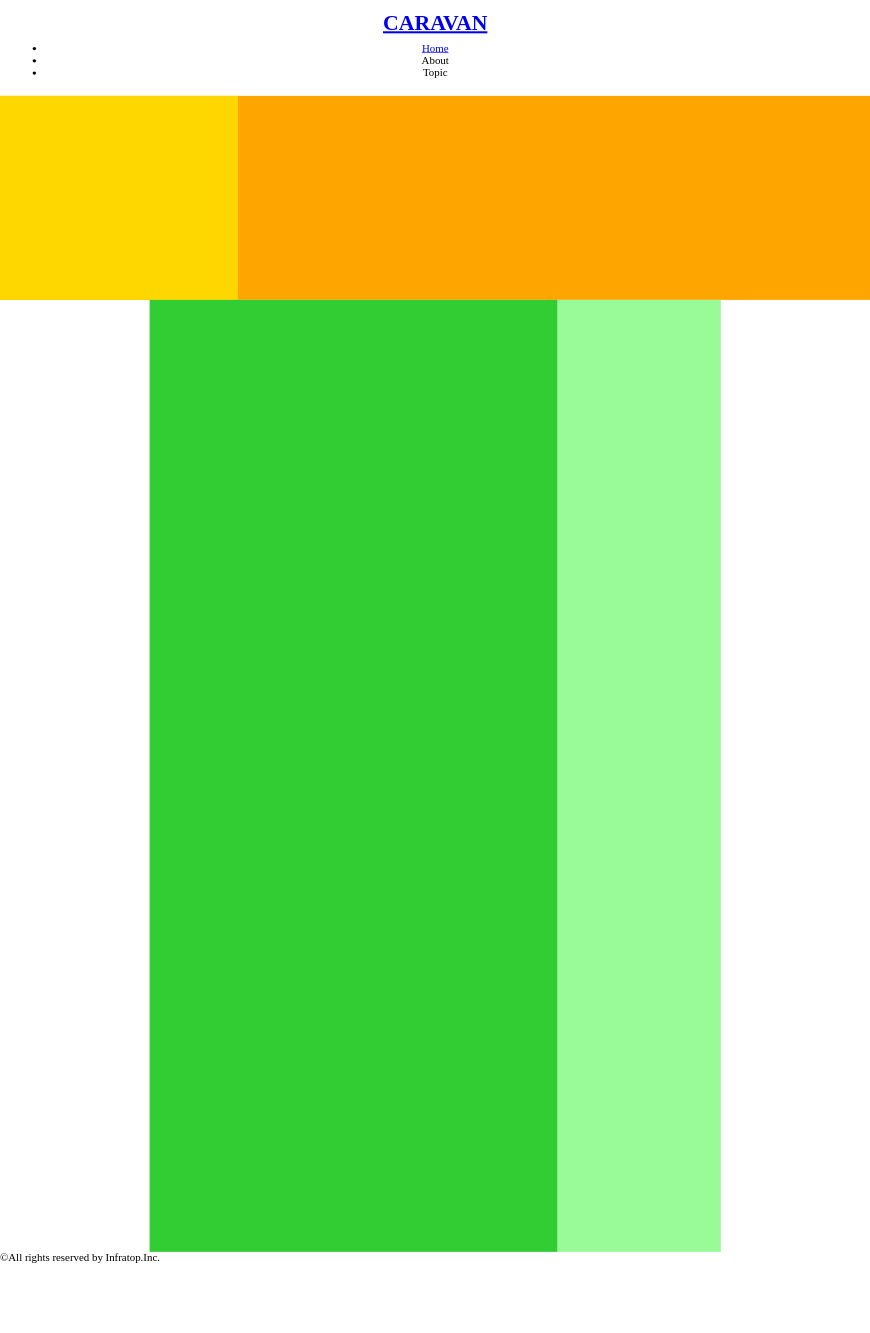
Repository: ego-boosting/assightment_1
Page: caravan/index.html
The author's editor kept a record of every edit. The page is drawn from the files as they stood at one moment, then again after the next edit.
The browser window is 1280 px wide. The pictures show the whole page, at 68% of full size.

Above is the page before.

### caravan/index.html
<!DOCTYPE html>
<html lang="ja">
  <head>
    <meta charset="UTF-8" />
    <!-- CSSファイルの読み込み -->
    <link rel="stylesheet" href="style.css" />
    <title>CARAVAN</title>
  </head>

  <body>
    <header>
      <h1 class="heading">
        <a href="index.html">
          CARAVAN
        </a>
      </h1>

      <nav>
        <ul class="nav-list">
          <li class="nav-list-item">
            <a href="index.html">Home</a>
          </li>
          <li class="nav-list-item">About</li>
          <li class="nav-list-item">Topic</li>
        </ul>
      </nav>

    </header>


    <div class="main-visual">
      <div class="main-visual-content"></div>
    </div>

    <div class="main">
      <div class="blog"></div>
      <div class="sidebar"></div>
    </div>
    <footer>
      <p class="footer-text">©All rights reserved by Infratop.Inc.</p>
    </footer>


  </body>
</html>

### caravan/style.css
*{
  margin: 0;
  padding: 0;
  box-sizing:border-box;
}

header{
  width: 90%;
  padding: 15px 0;
  margin: 0 auto;
  text-align: center;
}

.heading{
  font-size: 32px;
}

.nav-list{
  text-align: center;
  padding: 10px 0;
  margin: 0 auto;
}

.nav-list-item{

}
.main-visual{
  width: 100%;
  height: 300px;
  background-color: orange;
}

.main-visual-content{
  width: 350px;
  height: 300px;
  background-color: gold;
}

.main{
  width: 840px;
  height: 1400px;
  /*background-color: green;*/
  display: flex;
  justify-content: center;
  margin: 0 auto;
}

.blog{
  width: 600px;
  height: 1400px;
  background-color: limegreen;
}

.sidebar{
  width: 240px;
  height: 1400px;
  background-color: palegreen;
}

footer{
  width: 100%;
  height: 120px
}

After the next edit:
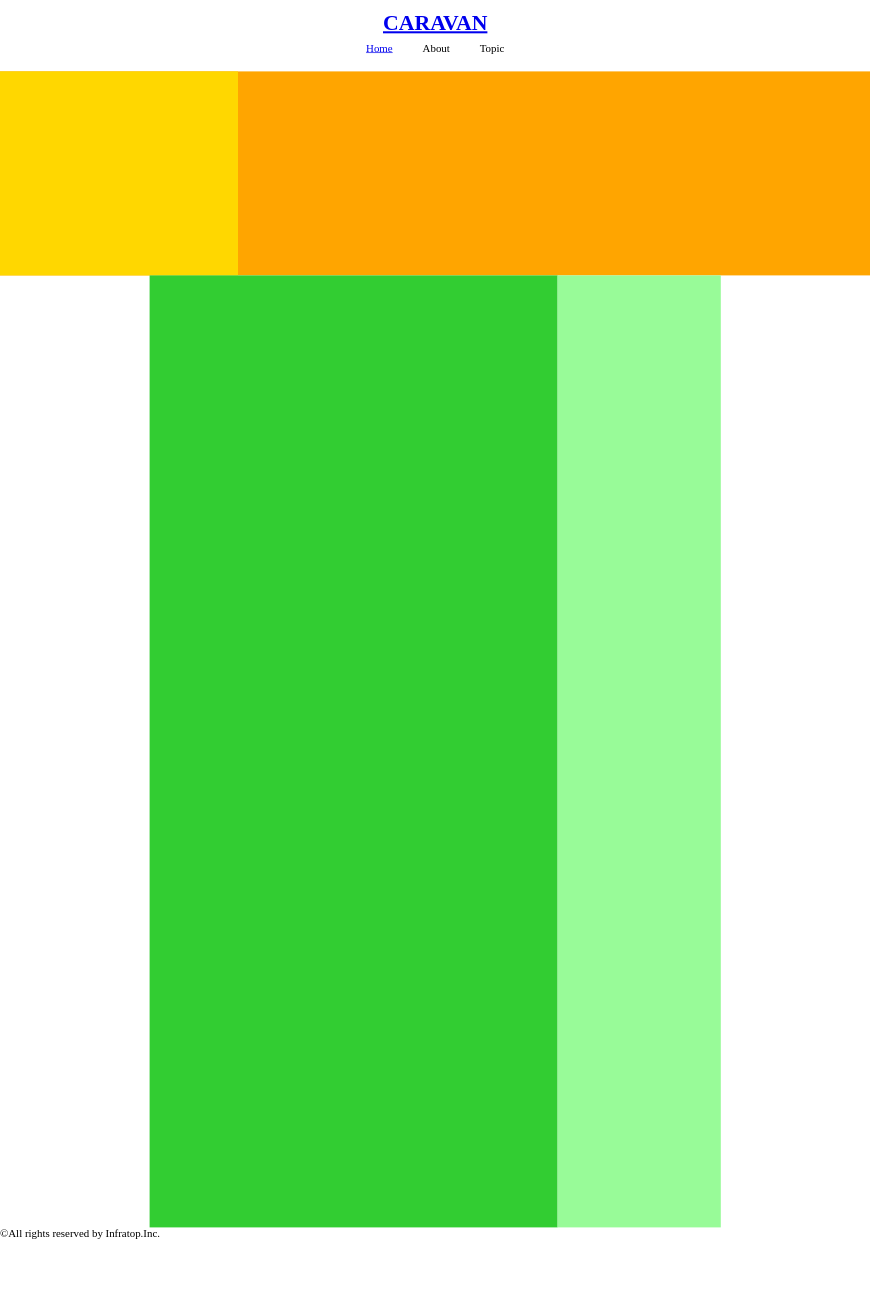
The edit:
--- a/caravan/style.css
+++ b/caravan/style.css
@@ -22,7 +22,9 @@
 }
 
 .nav-list-item{
-
+  list-style: none;
+  display: inline-block;
+  margin:0 20px;
 }
 .main-visual{
   width: 100%;
